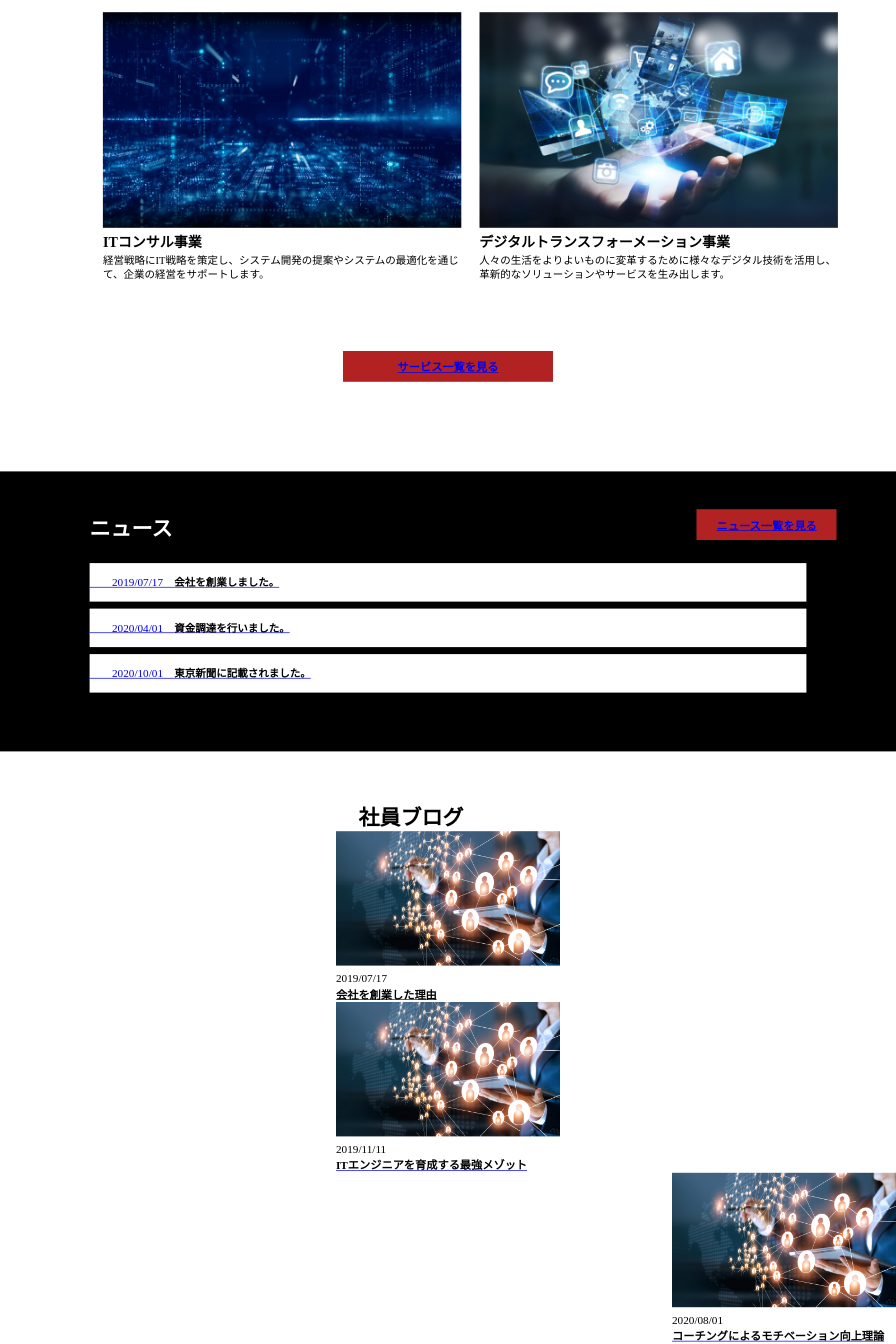
Repository: sigemasaasuka/20211012sigemasa
Page: index.html
An editor plug-in stored every save of this project. The page is shown before and after a run of saves, followed by the edit.
The browser window is 1280 px wide. The pictures show the part of the page from y = 1338 to 3258 px (the page is 3258 px tall), at 70% of full size.

Above is the page before, as saved 2021-10-20 16:35:04.

### index.html
<!DOCTYPE html>
<html lang="ja">

<head>
  <meta charset="UTF-8">
  <meta name="viewport" content="width=device-width, initial-scale=1.0">
  <title>Document</title>

    <link rel="stylesheet" href="css/reset.css">
    <link rel="stylesheet" href="css/index.css">
</head>
<body>
  <header class="header">
    <div class="header-logo">
      <img class="logo" src="img/logo.png" alt="logo">
    </div>
    <nav class="header-nav">
      <ul class="header-nav-list">
        <li class="header-nav-item"><a href="index.html">ホーム</a></li>
        <li class="header-nav-item"><a href="service.html">事業内容</a></li>
        <li class="header-nav-item"><a href="news.html">ニュース</a></li>
        <li class="header-nav-item"><a href="blog.html">社員ブログ</a></li>
        <li class="header-nav-item"><a href="company.html">会社概要</a></li>
        <li class="header-nav-item"><a href="recruit.html">採用情報</a></li>
        <li class="header-nav-item"><a href="contact.html">お問い合わせ</a></li>
      </ul>
    </nav>
  </header>
  <div class="home">
  <div class="home-photo">
    <div class="home-title">
    <p>最新のテクノロジーで社会課題を解決</p>
      <div class="home-title2">
      <p>Solving　issues　with　the　latest　technology</p>
     </div>
    </div>
    </div>
    </div>
    <div class="home-color">
      <div class="hope">
        <p><br><br>株式会社TECHの想い</p>
        <div class="hope2">
          <p>あらゆる産業において、新たなデジタル技術を使ってこれまでにないビジネスモデルを展開する新規参加者が登場し、ゲームチェンジが起ころうとしています。こうした<br>中で、各企業は、競争力維持・強化のために、DXを迅速に進めていくことが求められています。しかし、DXにおいて投資コストは非常にかかります。株式会社TECHでは<br>独自のオペレーションと人材教育により、他社よりも価格を抑えた開発を行います。</p>
        </div>
      </div>
    </div>
    <div class="service">
      <p>サービス</p>
      </div>
      <div class="png1">
      <div class="service1">
        <img  src="img/service1.png"  alt="service1">
        <div class="it">
        <p>IT人材育成事業</p>
        <div class="it2">
        <p>これまでに培った教育手法を生かして、短期間で即戦力のIT人材を育成します。</p>
        </div>
      </div>
      </div>
      <div class="service2">
      <img  src="img/service2.png" alt="service2">
      <div class="coach">
        <p>コーチング事業</p>
        <div class="coach2">
          <p>目標達成を最短で実現するために、プロのコーチによるマンツーマンのサポートを実施します</p>
        </div>
      </div>
      </div>
      </div>
      <div class="png2">
      <div class="service3">
        <img src="img/service3.png" alt="service3">
        <div class="Consultant">
          <p>ITコンサル事業</p>
          <div class="Consultant2">
            <p>経営戦略にIT戦略を策定し、システム開発の提案やシステムの最適化を通じて、企業の経営をサポートします。</p>
          </div>
        </div>
      </div>
      <div class="service4">
        <img src="img/service4.png" alt="service4">
        <div class="formation">
          <p>デジタルトランスフォーメーション事業</p>
          <div class="formation2">
            <p>人々の生活をよりよいものに変革するために様々なデジタル技術を活用し、革新的なソリューションやサービスを生み出します。</p>
          </div>
        </div>
      </div>
      </div>
      <div class="list">
        <a href="service.html">サービス一覧を見る</a>
      </div>
      <div class="news">
        <div class="nesw-list">
          <div class="news-font">
          <p>ニュース</p></div>
          <div class="news-button">
            <a href="news.html">ニュース一覧を見る</a>
          </div>
        </div>
        <div class="news-info1">
          <a href="index.html">　　2019/07/17　<span class="co">会社を創業しました。</span></a></div>
          <div class="news-info2">
          <a href="index.html">　　2020/04/01　<span class="fund">資金調達を行いました。</span></a></div>
          <div class="news-info3">
          <a href="index.html">　　2020/10/01　<span class="newspaper">東京新聞に記載されました。</span></a></div>
      </div>
      <div class="blog">
        <p>社員ブログ</p>
        </div>
        <div class="reason">
        <div class="reason-png">
          <a href="index.html">
            <img src="img/blog.png" alt="blog">
          </a>
          <p class="reason1">2019/07/17</p>
          <a href="index.html"><p class="reason2">会社を創業した理由</p></a>
        </div>
        </div>
        <div class="nurturing">
        <div class="nurturing-png">
          <a href="index.html">
            <img src="img/blog.png" alt="blog">
          </a>
          <p class="nurturing1">2019/11/11</p>
          <a href="index.html">
            <p class="nurturing2">ITエンジニアを育成する最強メゾット</p>
          </a>
        </div>
      </div>
      <div class="coaching">
        <div class="coaching-png">
        <a href="index.html">
          <img src="img/blog.png" alt="blog">
        </a>
        <p class="coaching1">2020/08/01</p>
        <a href="index.html">
          <p class="coaching2">コーチングによるモチベーション向上理論</p>
        </a>
        </div>
        </div>


<script src="js/main.js"></script>
</body>
</html>

### css/reset.css
@charset "UTF-8";
html, body, div, span, applet, object, iframe,
h1, h2, h3, h4, h5, h6, p, blockquote, pre,
a, abbr, acronym, address, big, cite, code,
del, dfn, em, img, ins, kbd, q, s, samp,
small, strike, strong, sub, sup, tt, var,
b, u, i, center,
dl, dt, dd, ol, ul, li,
fieldset, form, label, legend,
table, caption, tbody, tfoot, thead, tr, th, td,
article, aside, canvas, details, embed,
figure, figcaption, footer, header, hgroup,
menu, nav, output, ruby, section, summary,
time, mark, audio, video {
margin: 0;
padding: 0;
border: none;
font-style: normal;
text-align: left;
zoom: 1;
}
article, aside, details, figcaption, figure,
footer, header, hgroup, menu, nav, section {
display: block;
}
table {
border-collapse: collapse;
font-family: inherit;
}
h1,h2,h3,h4,h5 {
font-size: 100%;
font-weight: normal;
line-height: 1;
}
input,textarea,select {
font-family: inherit;
font-size: 16px;
}
input[type="button"],input[type="text"],input[type="submit"] {
 -webkit-appearance: none;
 border-radius: 0;
}
textarea {
resize: none;
-webkit-appearance: none;
border-radius: 0;
}
th,td {
border-collapse: collapse;
}
table th,table td {
white-space: nowrap;
}
ul,ol {
list-style-type: none;
}
img {
vertical-align: text-bottom;
vertical-align: -webkit-baseline-middle;
max-width: 100%;
height: auto;
width /***/:auto;
}

### css/index.css
.logo {
  text-decoration: none;
  color: inherit;
  width: 50%;
}
.header {
  width: 100%;
  display: flex;
  justify-content: space-between;
  align-items: center;
  height: 70px;
  padding: 0 30px;
  position: fixed;
  box-sizing: border-box;
  background-color: #fff;
  color: #000;
}

.a {
  text-decoration: none;
}

.header-ttl {
  font-size: 24px;
  width: 80px;
}

.header-nav-list {
  display: flex;
  font-weight: bold;
}

.header-nav-item:not(:last-child) {
  margin-right: 30px;
}

.home-photo {
  position: relative;
  padding-top: calc(250 / 683 * 100%); /* calc(画像高さ ÷ 画像横幅 × 100%) */
  background: url(../img/mv.png) center center / cover no-repeat;
}

.home-title {
  display: flex;
  flex-direction: column;
  position: absolute;
  font-size: 50px;
  margin-left: 20%;
  top: 40%;
  font-weight: bolder;
  color: #fff;
}

.home-title2 {
  display: flex;
  position: absolute;
  font-size: 20px;
  margin-top: 45px;
  margin-left: 23%;
  top: 40%;
  font-weight: bold;
  color: #fff;
}

.home-color {
  background-color: #000;
  height: 300px;
}

.hope {
  top: 30%;
  display: flex;
  flex-direction: column;
  font-weight: bolder;
  font-size: 30px;
  margin-left: 10%;
  color: #fff;
}

.hope2 {
  display: flex;
  font-size: 15px;
  margin-top: 20px;
  font-weight: normal;
  color: #fff;
}

.service {
  margin-top: 5%;
  margin-left: 45%;
  font-size: 35px;
  font-weight: bolder;
}

.png1 {
  display: flex;
  justify-content: center;
}

.service1 {
  margin-top: 5%;
  margin-left: 5%;
  width: 40%;
}

.it {
  margin-top: 1%;
  font-size: 20px;
  font-weight: bolder;
}

.it2 {
  font-size: 15px;
  font-weight: normal;
}

.service2 {
  margin-top: 3%;
  margin-left: 2%;
  width: 40%;
}

.coach {
  margin-top: 1%;
  font-size: 20px;
  font-weight: bolder;
}

.coach2 {
  font-size: 15px;
  font-weight: normal;
}

.png2 {
  display: flex;
  justify-content: center;
}

.service3 {
  margin-top: 2%;
  margin-left: 5%;
  width: 40%;
}

.Consultant {
  margin-top: 1%;
  font-size: 20px;
  font-weight: bolder;
}

.Consultant2 {
  font-size: 15px;
  font-weight: normal;
}

.service4 {
  margin-top: 2%;
  margin-left: 2%;
  width: 40%;
}

.formation {
  margin-top: 1%;
  font-size: 20px;
  font-weight: bolder;
}

.formation2 {
  font-size: 15px;
  font-weight: normal;
}

.list {
  width: 300px;
  padding: 10px 0;
  color: #fff;
  font-weight: bold;
  background: #b22222;
  text-align: center;
  margin: 100px auto 0;
  display: block;
}

.news {
  margin-top: 10%;
  background-color: #000;
  height: 400px;
}

.nesw-list {
  margin-left: 10%;
  display: flex;
  justify-content: flex-start;
  align-items: center;
}

.news-font {
  font-weight: bold;
  font-size: 30px;
  color: #fff;
  margin-top: 5%;
}

.news-button {
  color: #fff;
  margin-top: 50px;
  margin-left: 65%;
  width: 200px;
  padding: 10px 0;
  font-weight: bold;
  background: #b22222;
  text-align: center;
  display: block;
}

.news-info1 {
  margin-top: 30px;
  margin-left: 10%;
  width: 80%;
  height: 35px;
  padding: 10px 0;
  background: #fff;
  line-height: 35px;
  display: block;
  color: #000;
}
.co {
  font-size: 15px;
  font-weight: bold;
  color: #000;
}

.news-info2 {
  margin-top: 10px;
  margin-left: 10%;
  width: 80%;
  height: 35px;
  padding: 10px 0;
  background: #fff;
  line-height: 35px;
  display: block;
  color: #000;
}
.fund {
  font-size: 15px;
  font-weight: bold;
  color: #000;
}

.news-info3 {
  margin-top: 10px;
  margin-left: 10%;
  width: 80%;
  height: 35px;
  padding: 10px 0;
  background: #fff;
  line-height: 35px;
  display: block;
  color: #000;
}
.newspaper {
  font-size: 15px;
  font-weight: bold;
  color: #000;
}

.blog {
  margin-top: 70px;
  margin-left: 40%;
  font-size: 30px;
  font-weight: bolder;
}

.reason {
  display: flex;
  justify-content: center;
}

.reason-png {
  width: 25%;
}

.reason1 {
  margin-top: 10px;
  color: #000;
}

.reason2 {
  font-weight: bolder;
  color: #000;
}

.nurturing {
  display: flex;
  justify-content: center;
}
.nurturing-png {
  width: 25%;
}

.nurturing1 {
  margin-top: 10px;
  color: #000;
}

.nurturing2 {
  font-weight: bolder;
  color: #000;
}

.coaching {
  display: flex;
  justify-content: flex-end;
  flex-direction: row;
}

.coaching-png {
  width: 25%;
}

.coaching1 {
  margin-top: 10px;
  color: #000;
}

.coaching2 {
  font-weight: bolder;
  color: #000;
}

Loaded but not shown: js/main.js (no stored copy; drawn as an empty file)

After the next 4 saves:
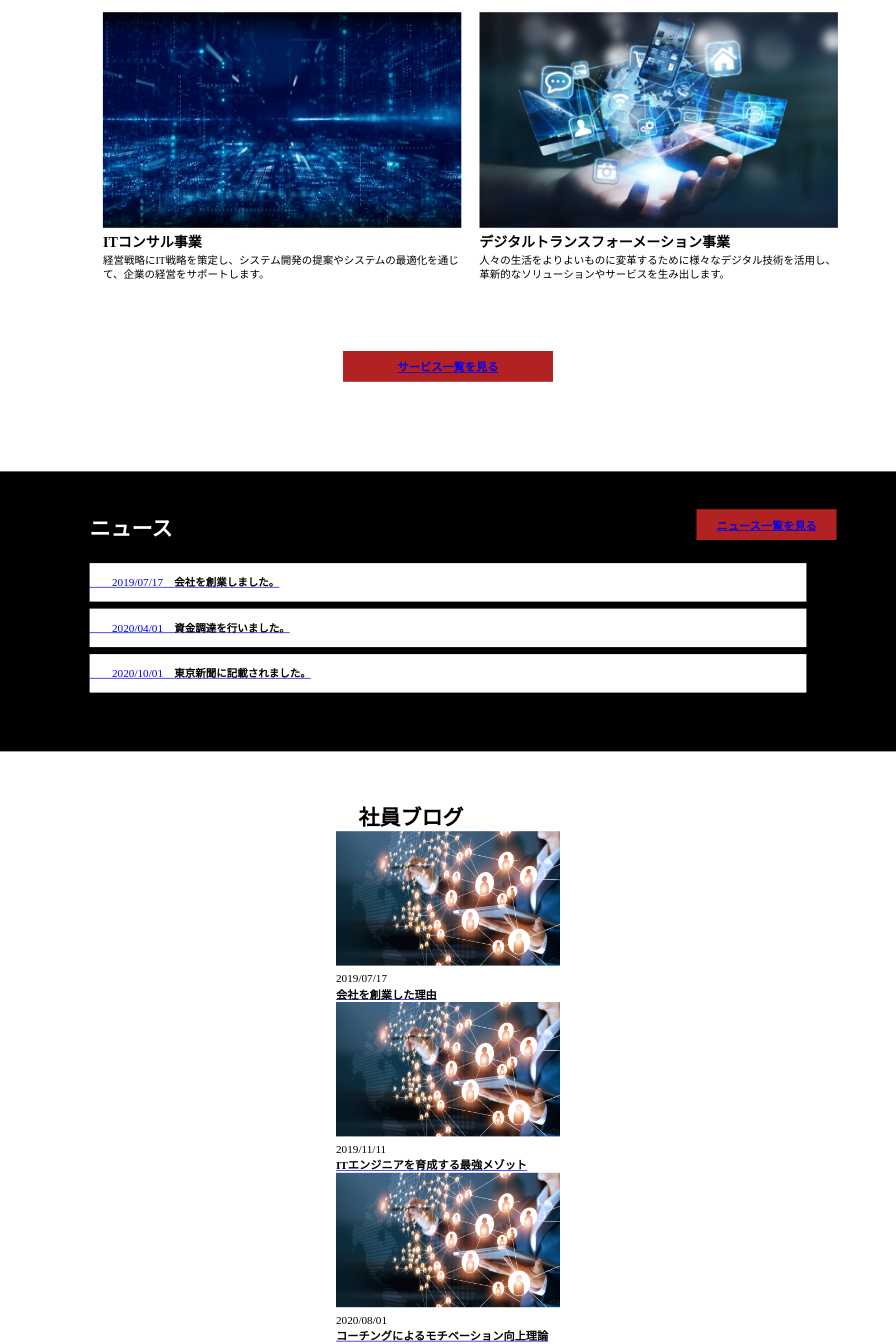
The 4 saves are shown as one change because they came seconds apart.
The last was saved 17 s later.
--- a/css/index.css
+++ b/css/index.css
@@ -310,8 +310,7 @@
 
 .coaching {
   display: flex;
-  justify-content: flex-end;
-  flex-direction: row;
+ justify-content: center;
 }
 
 .coaching-png {
